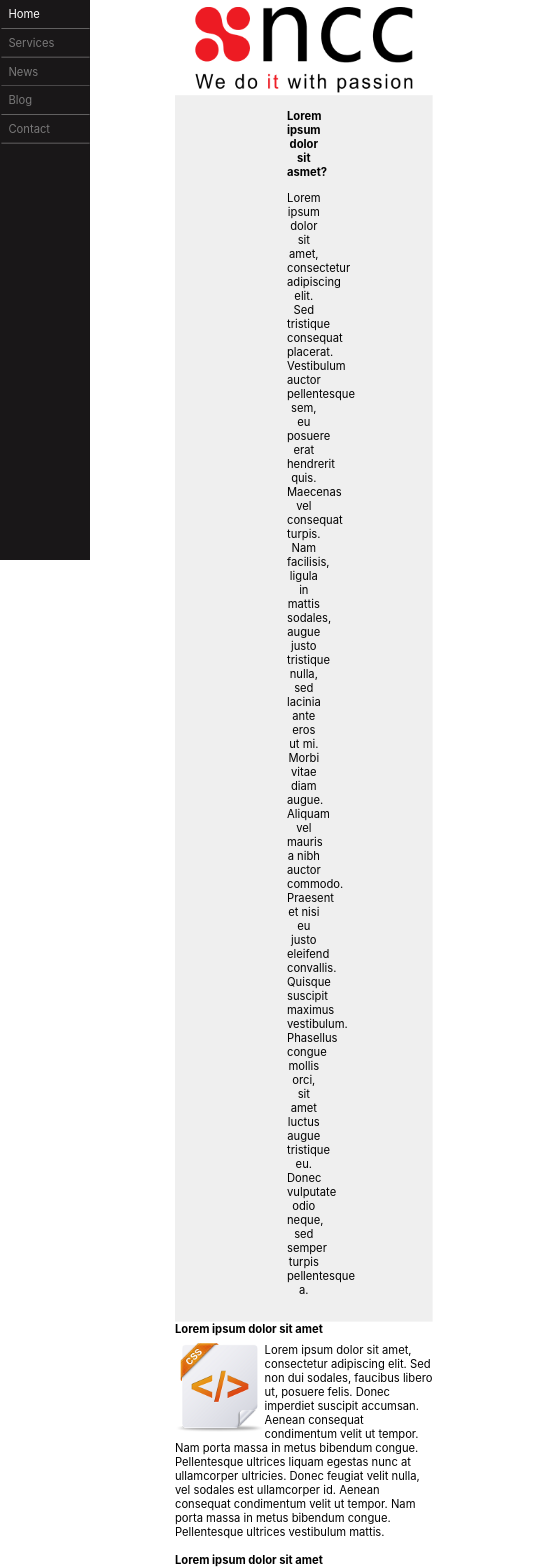
Repository: nganha241/testt
Page: /
The author's editor kept a copy of each file at every save. The page is drawn from the files as they stood at one save, then again after the next save.
The browser window is 768 px wide. The pictures show the part of the page from y = 0 to 2240 px (the page is 2868 px tall before and 1568 px after), at 70% of full size.
The project was rebuilt for these pictures with package versions that can differ from the ones it lists, and the page was loaded fresh each time.

Above is the page before, as saved 2023-02-28 11:53:08.

### src/App.js
import React from "react";
import Home from "./pages/Home";
import Navbar from "./pages/Navbar/Navbar";

export const App = () => {
  return (
    <div>
      <Navbar />
      <Home />
    </div>
  );
};

export default App;

### src/pages/Home.jsx
import logo from "./logoNCC.png";
import "./home.css";
import Card from "./home-card/Card";
import htmlic from "./html-icon.png";
import urlic from "./url-icon.png";
import cssic from "./css-icon.png";
const Home = () => {
  return (
    <section className="home">
      <div className="home-title">
        <img src={logo} alt="" />
      </div>
      <div className="home-content">
        <div className="content-title">Lorem ipsum dolor sit asmet?</div>
        <p>
          Lorem ipsum dolor sit amet, consectetur adipiscing elit. Sed tristique
          consequat placerat. Vestibulum auctor pellentesque sem, eu posuere
          erat hendrerit quis. Maecenas vel consequat turpis. Nam facilisis,
          ligula in mattis sodales, augue justo tristique nulla, sed lacinia
          ante eros ut mi. Morbi vitae diam augue. Aliquam vel mauris a nibh
          auctor commodo. Praesent et nisi eu justo eleifend convallis. Quisque
          suscipit maximus vestibulum. Phasellus congue mollis orci, sit amet
          luctus augue tristique eu. Donec vulputate odio neque, sed semper
          turpis pellentesque a.
        </p>
      </div>
      <div className="home-card">
        <Card icon={cssic} />
        <Card icon={htmlic} />
        <Card icon={urlic} />
      </div>
    </section>
  );
};

export default Home;

### src/pages/Navbar/Navbar.jsx
import React from "react";
import "./Navbar.css";
import { FaBars } from "react-icons/fa";

const Navbar = () => {
  return (
    <div className="nav">
      <ul className="nav-content">
        <li>
          <a href="#">Home</a>
        </li>
        <li>
          <a href="#">Services</a>
        </li>
        <li>
          <a href="#">News</a>
        </li>
        <li>
          <a href="#">Blog</a>
        </li>
        <li>
          <a href="#">Contact</a>
        </li>
      </ul>
    </div>
  );
};

export default Navbar;

### src/pages/home.css
.home {
  margin: 0 auto;
  padding: 10px 150px 10px 250px;
}
.home-title {
  text-align: center;
}
.home-content {
  text-align: center;
  background: #efefef;
  padding: 20px 160px;
  font-size: 16px;
}
.content-title {
  font-weight: bold;
}
.home-card {
  display: flex;
  gap: 20px;
}
@media only screen and (max-width: 768px) {
  .home-card {
    flex-direction: column;
  }
}

### src/pages/home-card/Card.jsx
import React from "react";

import "./Card.css";

const Card = (props) => {
  const { icon } = props;
  return (
    <div className="card">
      <div className="card-title">Lorem ipsum dolor sit amet</div>
      <div className="card-content">
        <img src={icon} alt="" />
        <span className="card-text">
          Lorem ipsum dolor sit amet, consectetur adipiscing elit. Sed non dui
          sodales, faucibus libero ut, posuere felis. Donec imperdiet suscipit
          accumsan. Aenean consequat condimentum velit ut tempor. Nam porta
          massa in metus bibendum congue. Pellentesque ultrices liquam egestas
          nunc at ullamcorper ultricies. Donec feugiat velit nulla, vel sodales
          est ullamcorper id. Aenean consequat condimentum velit ut tempor. Nam
          porta massa in metus bibendum congue. Pellentesque ultrices vestibulum
          mattis.
        </span>
      </div>
    </div>
  );
};

export default Card;

### src/pages/Navbar/Navbar.css
.nav {
  position: fixed;
  top: 0;
  left: -38px;
  height: 100%;
  background: #191718;
}
.nav-content {
  margin-top: 0px;
  color: #aaaa;
}
.nav-content li {
  border-bottom: 1px solid;
  list-style-type: none;
  padding: 10px 50px 10px 10px;
}

.nav-content li:first-child a {
  color: #fff;
}

.nav-content li:hover {
  background: #5c5c5c;
}
.nav-content li a {
  color: #aaaa;
  text-decoration: none;
}
.nav-content li:hover a {
  color: #fff;
}

### src/pages/home-card/Card.css
.card-title {
  font-weight: bold;
  margin-bottom: 10px;
}
/* .card-content {
  display: flex;
} */
.card-content img {
  width: 128px;
  height: 128px;
  object-fit: cover;
  float: left;
}

.card-text {
  margin-top: 10px;
  text-align: left;
  font-size: 16px;
}

Loaded but not shown: public/index.html (common file); src/index.js (common file); src/index.css (common file)

After the next save:
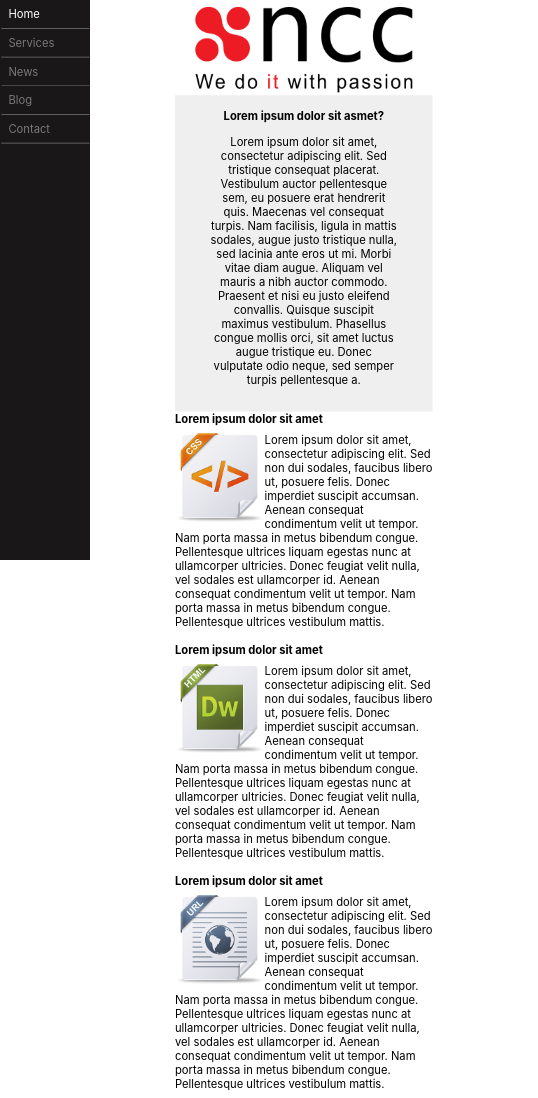
Saved 53 s later.
--- a/src/pages/home.css
+++ b/src/pages/home.css
@@ -18,6 +18,12 @@
   display: flex;
   gap: 20px;
 }
+
+@media only screen and (max-width: 768px) {
+  .home-content {
+    padding: 20px 50px;
+  }
+}
 @media only screen and (max-width: 768px) {
   .home-card {
     flex-direction: column;
